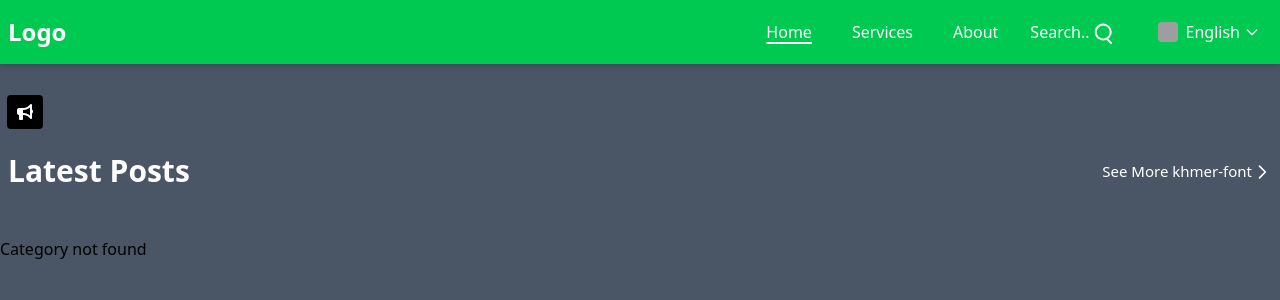
Repository: saroeuntola/we-share
Page: http://localhost/?lang=en
These files come from the project's save history. The page is drawn as it stood at one moment and after the next save; the edit follows.
The browser window is 1280 px wide. The pictures show the whole page.
Pictures or frames that could not be fetched are drawn as grey boxes. The page is run by PHP 8.4 with error messages shown; the project is at /var/www/html/. Style sheets and scripts are compiled from the project's sources, by tool versions that may differ from the author's. Queries for data that is not in the repository find no rows.

Above is the page before, as saved 2025-08-28 12:23:29.

After the next save:
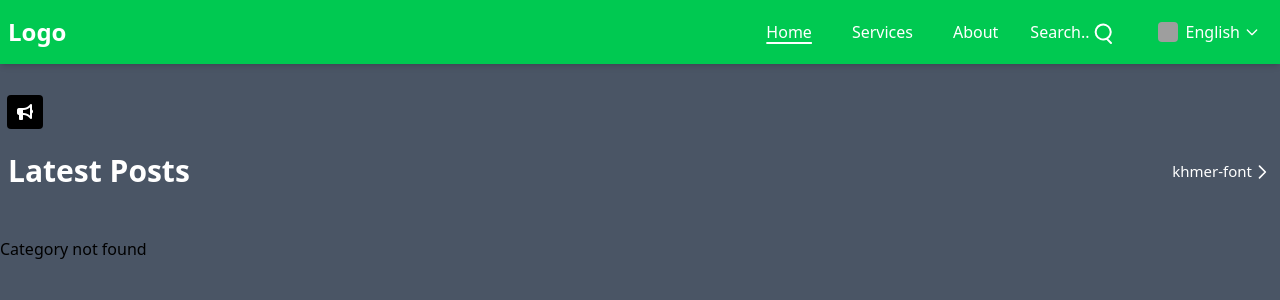
Saved 5 s later.
--- a/last-post-card.php
+++ b/last-post-card.php
@@ -36,7 +36,7 @@ $displayPosts = array_slice($latestPosts, 0, 8);
         <h1 class="text-xl lg:text-3xl md:text-2xl font-bold text-white">Latest Posts</h1>
         <a href="last-post"
             class="inline-flex items-center justify-center text-center text-white hover:text-green-400 text-[15px] transition ">
-            See More <?= $lang === 'en' ? 'khmer-font' : '' ?>
+             <?= $lang === 'en' ? 'khmer-font' : '' ?>
             <svg class="w-5 h-5 mt-[1px]" fill="none" stroke="currentColor" stroke-width="2"
                 viewBox="0 0 24 24" xmlns="http://www.w3.org/2000/svg">
                 <path stroke-linecap="round" stroke-linejoin="round" d="M9 5l7 7-7 7" />
